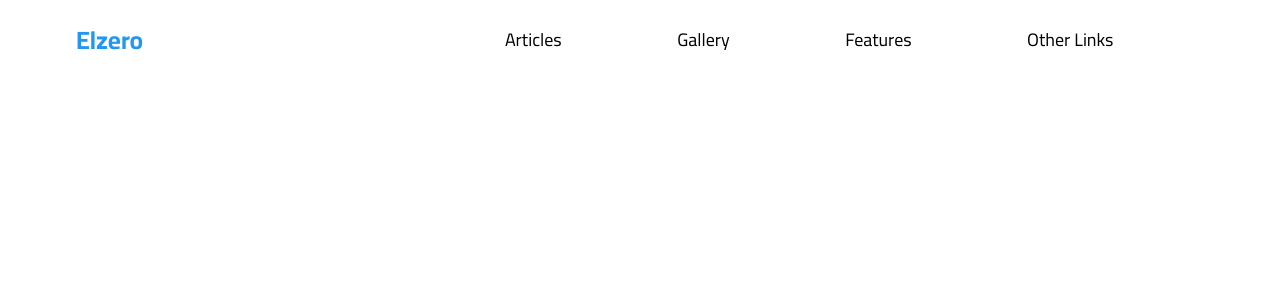
Repository: Toqa-25/elzeroAcdemey-Templete
Page: index.html
An editor plug-in stored every save of this project. The page is shown before and after a run of saves, followed by the edit.
The browser window is 1280 px wide. The pictures show the whole page.

Above is the page before, as saved 2022-01-16 20:54:44.

### index.html
<!DOCTYPE html>
<html lang="en">
<head>
    <meta charset="UTF-8">
    <meta http-equiv="X-UA-Compatible" content="IE=edge">
    <meta name="viewport" content="width=device-width, initial-scale=1.0">
    <!-- normalize file -->
    <link rel="stylesheet" href="css/normalize.css">
    <!-- css files -->
    <link rel="stylesheet" href="css/style.css">
    <!-- fontAwosem file -->
    <link rel="stylesheet" href="css/all.min.css">
     <!-- font files -->
     <link rel="preconnect" href="https://fonts.googleapis.com">
    <link rel="preconnect" href="https://fonts.gstatic.com" crossorigin>
    <link href="https://fonts.googleapis.com/css2?family=Cairo:wght@200;400;700;800;900&display=swap" rel="stylesheet">
    <!-- page title -->
    <title>templete 3</title>
</head>
<body>
    <!-- header section -->
    <header id="" class="">
        <div class="container">
            <div class="header-content">
                <div class="header-content-logo">
                    <a href="index.html" class="logo link-none">Elzero</a>
                </div>
                <nav>
                    <ul class="nav-list unlist">
                        <li class="nav-list-item"> <a href="" class="link-none  link-style" id="articles">articles</a></li>
                        <li class="nav-list-item"> <a href="" class="link-none  link-style" id="gallery">gallery</a></li>
                        <li class="nav-list-item"> <a href="" class="link-none  link-style" id="features">features</a></li>
                        <li class="nav-list-item" id="parent-other-links"> <a href="javascript:;" class="link-none  link-style " >other links</a>
                            <div class="other-links " id="child-other-links">
           <div class="other-links-content">
            <div class="other-links-content-img">
                <img src="images/header/Video files-amico.svg" alt="">
            </div>

            <ul class="other-links-list unlist">
            <div class="other-links-list-group-one">
              <li id="" class="other-links-list-item"><a href="" class="link-none  link-style "><i class="far fa-comments"></i> testimonials</a></li>
              <li id="" class="other-links-list-item"><a href="" class="link-none  link-style "><i class="far fa-user"></i> team member</a></li>
              <li id="" class="other-links-list-item"><a href="" class="link-none  link-style"><i class="far fa-building"></i> services</a></li>
              <li id="" class="other-links-list-item"><a href="" class="link-none  link-style"><i class="far fa-check-circle"></i> our skils</a></li>
              <li id="" class="other-links-list-item"><a href="" class="link-none  link-style"><i class="far fa-clipboard"></i> how it work</a></li>
            </div>
            <div class="other-links-list-group-one">
                <li id="" class="other-links-list-item"><a href="" class="link-none  link-style"><i class="far fa-calendar-alt"></i> events</a></li>
                <li id="" class="other-links-list-item"><a href="" class="link-none  link-style"><i class="fas fa-server"></i> pricing planes</a></li>
                <li id="" class="other-links-list-item"><a href="" class="link-none  link-style"><i class="far fa-play-circle"></i> top video</a></li>
                <li id="" class="other-links-list-item"><a href="" class="link-none  link-style"><i class="fas fa-chart-bar"></i> states</a></li>
                <li id="" class="other-links-list-item"><a href="" class="link-none  link-style"><i class="fas fa-percent"></i> request a discount</a></li>
            </div>
        </ul>
       </div>
       </div>
                        </li>

                    </ul>
                </nav>
            </div>
        </div>
    </header>
    <!-- welcom section -->
    <section id="welcome" class="welcome">
        <div class="container">
            <div class="welcome-content">
                <div class="welcome-content-text">
                    <h1 class="welcome-content-text"></h1>
                </div>
                <div class="welcome-content-img"></div>
            </div>
        </div>

    </section>


       <script src="script.js">

       </script>
</body>
</html>

### css/style.css
 /*
  - container
  -section head

 */
 /* global style */
 :root{
     /* --main-color:#45B2F8; */
     --main-color:#2196F3;
     --s-background:#ececec54;
     /* --s-background:#ecececa4; */
     --p-color:#D6ECEC;
 }

 *{
     box-sizing: border-box;
     margin: 0;
     padding: 0;
 }
html , body{
    width: 100%;
    height: 100%;
    margin: 0;
    padding: 0;
    overflow: hidden;
}
 body{
     font-family: "Cairo", sans-serif;
 }
 .container{
      width: 90%;
      margin:0 auto;
      /* padding: 15px 0; */
 }
 .link-none{
     text-decoration: none;
 }
 .unlist{
     list-style: none;
 }
 .link-style{
    font-size: 18px;
    text-transform: capitalize;
 }

 /* header style */
 header{
   margin-bottom: 10px;
 }
.header-content{
    display: flex;
    justify-content: space-between;
    align-items: center;
    padding: 10px 12px ;
    margin-bottom: 10px;
}
.logo{
    font-weight: bolder;
    font-size:25px;
    color:var(--main-color)
}

nav{
    width: 70%;
}
.nav-list{
    display: flex;
    justify-content: space-evenly;
    align-items: center;
}
.nav-list-item {
    cursor: pointer;
    color:#000;
    padding: 20px  25px;
    position: relative;
    transition: background-color .2s ;
    -webkit-transition: background-color .2s ;
    -moz-transition: background-color .2s ;
    -ms-transition: background-color .2s ;
    -o-transition: background-color .2s ;
}
.nav-list-item::before{
    content: "";
    height: 3px;
    width: 0;
    background-color: var(--main-color);
    position: absolute;
    top: 0px;
    left: 0;
    transition: width .6s;
    -webkit-transition: width .6s;
    -moz-transition: width .6s;
    -ms-transition: width .6s;
    -o-transition: width .6s;
}
.nav-list-item a{
        color:#000;
}

.nav-list-item:hover  {
    background-color: var(--s-background);
}
.nav-list-item:hover  a {
    color:var(--main-color);
}
.nav-list-item:hover::before{
        width: 100%;
}
#parent-other-links{
    position: relative;
}
#parent-other-links:hover #child-other-links{
    transform:translateY(20px) ;
    -webkit-transform:translateY(20px) ;
    -moz-transform:translateY(20px) ;
    -ms-transform:translateY(20px) ;
    -o-transform:translateY(20px) ;
}
/* media query for header*/
@media (max-width:767px){
    .header-content{
        flex-direction:column ;
        padding:5px 12px;
}
.header-content-logo{
    margin-bottom: 5px;
}
nav{
    width: 80%;
}
.nav-list-item{
    padding:17px 10px;
}
.nav-list-item a{
    font-size: 15px;
}
}
/********************************************************************************************/
/* style for other links */
.other-links{
 /*margin-top: 10px;
 */margin: 10 auto;
 transform: translatey(1000%);
 -webkit-transform: translatey(1000%);
 -moz-transform: translatey(1000%);
 -ms-transform: translatey(1000%);
 -o-transform: translatey(1000%);
 transition: transform .5s;
 -webkit-transition: transform .5s;
 -moz-transition: transform .5s;
 -ms-transition: transform .5s;
 -o-transition: transform .5s;
}
.other-links-content{
    display: flex;
    border-bottom: 4px solid var(--main-color);
    border-top: 2px solid var(--s-background);
}
.other-links-content-img{
    margin:auto;
}
.other-links-content-img img{
    width: 100%;
}
.other-links-list{
    width:55%;
    display: flex;
    justify-content: space-between;
    padding: 10px;
    align-items: center;
}
.other-links-list-group-one{
    width:45%
}
.other-links-list-item{
    padding: 15px ;
    border-bottom: 1px solid rgba(0, 0, 0, 0.337);
    position: relative;
    cursor: pointer;

}
.other-links-list-item:last-child{
    border:none;
}
.other-links-list-item::before{
    content:"";
    position: absolute;
    top: 0;
    left: 0;
    height: 100%;
    width: 0%;
    background-color: var(--s-background);
    transition:width .5s;
    -webkit-transition:width .5s;
    -moz-transition:width .5s;
    -ms-transition:width .5s;
    -o-transition:width .5s;
}
.other-links-list-item:hover::before{
    width: 100%;
}
.other-links-list-item a{
    font-weight: bold;
    color:var(--main-color)
}
.other-links-list-item > a > i{
 margin-right: 10px;
}
.other{
    transform: translatey(20px);
    -webkit-transform: translatey(20px);
    -moz-transform: translatey(20px);
    -ms-transform: translatey(20px);
    -o-transform: translatey(20px);
}
#child-other-links{
    width:85vw;
    position: absolute;
    right: 5px;
    /* background-color: violet; */
}
@media(max-width:991px){
    #child-other-links{
     width:87vw;
    }
     .other-links-content-img{
        display: none;
    }
    .other-links-list{
        width: 100%;
    }
}
@media(max-width:767px){
    #child-other-links{
        width:100vw;
        margin-right: -166px;
    }
     .other-links-list{
        flex-direction: column;
    }
        .other-links-list-group-one{
    width:100%;
}
.other-links-list-item:last-child{
    border-bottom: 1px solid rgba(0, 0, 0, 0.337);
}
 .other-links-list-item a{
     font-size: 18px;
 }
}

### script.js
let otherParent = document.getElementById("parent-other-links");
let otherChild = document.getElementById("child-other-links");
otherParent.onclick = function () {
  otherChild.classList.toggle("other");
};

Loaded but not shown: css/normalize.css (library); css/all.min.css (library)

After the next 2 saves:
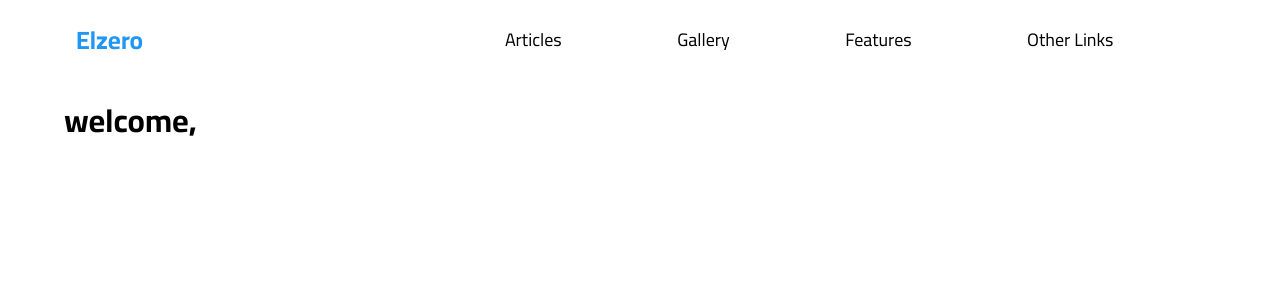
The 2 saves are shown as one change because they came seconds apart.
The last was saved 9 s later.
--- a/index.html
+++ b/index.html
@@ -67,7 +67,7 @@
         <div class="container">
             <div class="welcome-content">
                 <div class="welcome-content-text">
-                    <h1 class="welcome-content-text"></h1>
+                    <h1 class="welcome-content-text">welcome,</h1>
                 </div>
                 <div class="welcome-content-img"></div>
             </div>
